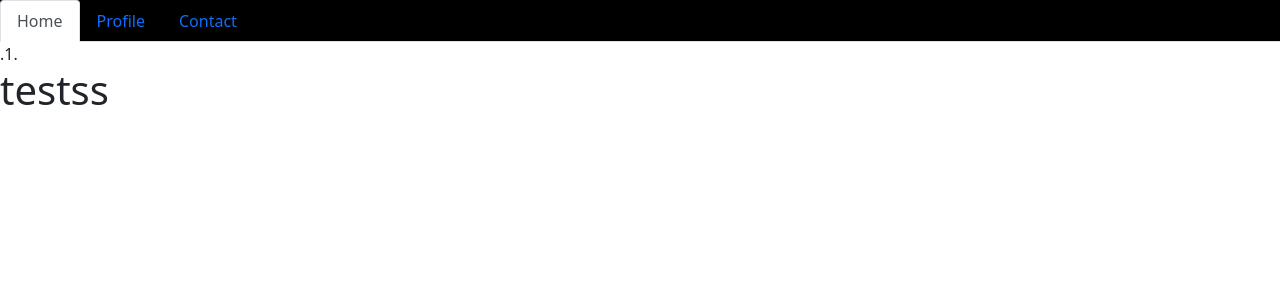
Repository: WaiMaungMaung/Mgr-site
Page: http://localhost/
The author's editor kept a copy of each file at every save. The page is drawn from the files as they stood at one save, then again after the next save.
The browser window is 1280 px wide. The pictures show the whole page.
The page is served by the project's Laravel application, run on PHP 8.4 with Laravel 9. Other server files are loaded and not shown.

Above is the page before, as saved 2022-04-06 09:18:58.

### resources/views/welcome.blade.php
@extends('layouts.app')
<div id="container">
    <ul class="nav nav-tabs home" id="myTab" role="tablist">
        <li class="nav-item" role="presentation">
            <button class="nav-link active" id="home-tab" data-bs-toggle="tab" data-bs-target="#home" type="button"
                role="tab" aria-controls="home" aria-selected="true">Home</button>
        </li>
        <li class="nav-item" role="presentation">
            <button class="nav-link" id="profile-tab" data-bs-toggle="tab" data-bs-target="#profile" type="button"
                role="tab" aria-controls="profile" aria-selected="false">Profile</button>
        </li>
        <li class="nav-item" role="presentation">
            <button class="nav-link" id="contact-tab" data-bs-toggle="tab" data-bs-target="#contact" type="button"
                role="tab" aria-controls="contact" aria-selected="false">Contact</button>
        </li>
    </ul>
    <div class="tab-content" id="myTabContent">
        <div class="tab-pane fade show active" id="home" role="tabpanel" aria-labelledby="home-tab">.1.</div>
        <div class="tab-pane fade" id="profile" role="tabpanel" aria-labelledby="profile-tab">.2.</div>
        <div class="tab-pane fade" id="contact" role="tabpanel" aria-labelledby="contact-tab">.3.</div>
    </div>

</div>

### resources/views/layouts/app.blade.php
<!doctype html>
<html lang="en">

<head>
    <!-- Required meta tags -->
    <meta charset="utf-8">
    <meta name="viewport" content="width=device-width, initial-scale=1">

    <!-- Bootstrap CSS -->


    <link href="https://cdn.jsdelivr.net/npm/bootstrap@5.1.3/dist/css/bootstrap.min.css" rel="stylesheet"
        integrity="sha384-1BmE4kWBq78iYhFldvKuhfTAU6auU8tT94WrHftjDbrCEXSU1oBoqyl2QvZ6jIW3" crossorigin="anonymous">

    <title>Hello, world!</title>
    <style type="text/css">
        .home {
            background: #000;
        }

    </style>
</head>

<body>
    <h1>testss</h1>
    <!-- Optional JavaScript; choose one of the two! -->

    <!-- Option 1: Bootstrap Bundle with Popper -->
    <script src="https://cdn.jsdelivr.net/npm/bootstrap@5.1.3/dist/js/bootstrap.bundle.min.js"
        integrity="sha384-ka7Sk0Gln4gmtz2MlQnikT1wXgYsOg+OMhuP+IlRH9sENBO0LRn5q+8nbTov4+1p" crossorigin="anonymous">
    </script>

    <!-- Option 2: Separate Popper and Bootstrap JS -->
    <!--
    <script src="https://cdn.jsdelivr.net/npm/@popperjs/core@2.10.2/dist/umd/popper.min.js"
        integrity="sha384-7+zCNj/IqJ95wo16oMtfsKbZ9ccEh31eOz1HGyDuCQ6wgnyJNSYdrPa03rtR1zdB" crossorigin="anonymous">
    </script>
    <script src="https://cdn.jsdelivr.net/npm/bootstrap@5.1.3/dist/js/bootstrap.min.js"
        integrity="sha384-QJHtvGhmr9XOIpI6YVutG+2QOK9T+ZnN4kzFN1RtK3zEFEIsxhlmWl5/YESvpZ13" crossorigin="anonymous">
    </script>
    -->
    @yield('content')
</body>

</html>

Loaded but not shown: routes/web.php (common file)

After the next save:
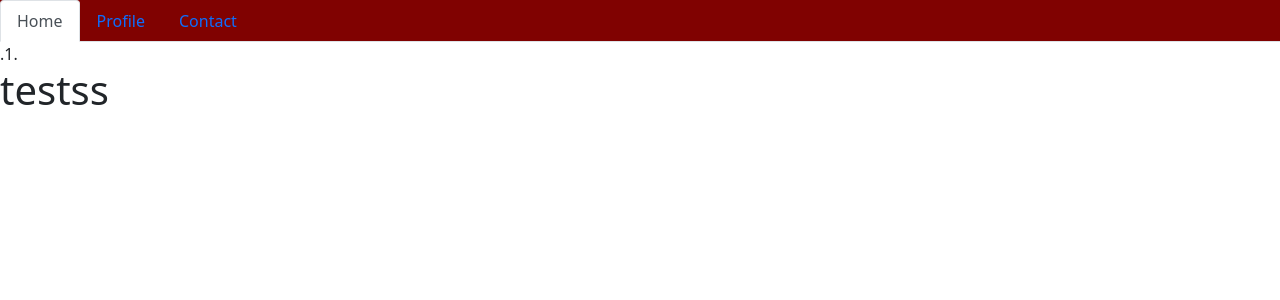
Saved 45 s later.
--- a/resources/views/layouts/app.blade.php
+++ b/resources/views/layouts/app.blade.php
@@ -15,7 +15,7 @@
     <title>Hello, world!</title>
     <style type="text/css">
         .home {
-            background: #000;
+            background: #800201;
         }
 
     </style>
